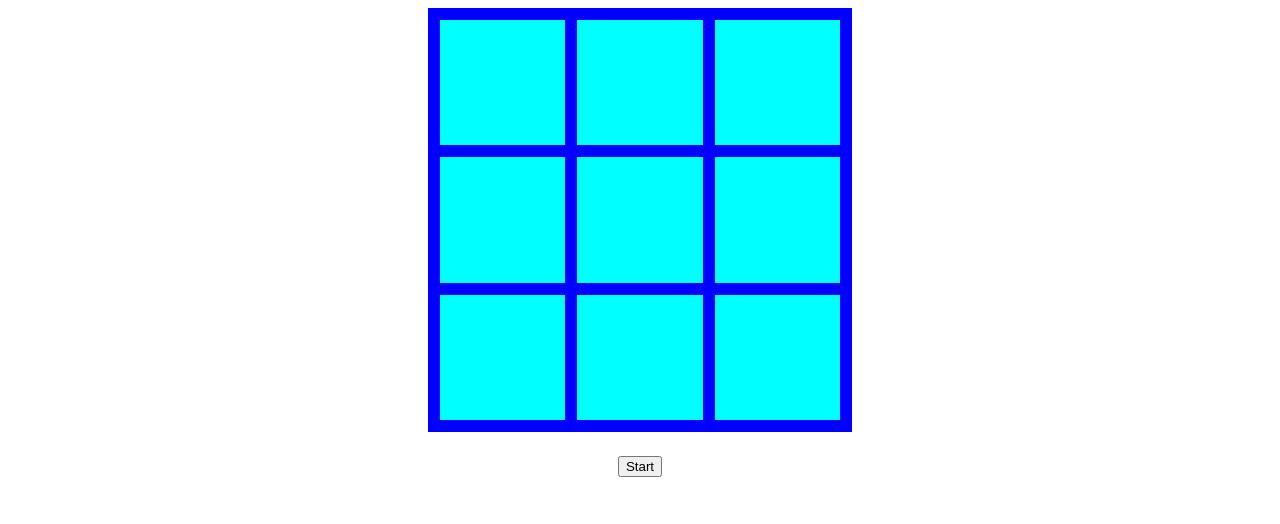
Repository: yeetzpxoci/tic-tac-toe
Page: index.html
An editor plug-in stored every save of this project. The page is shown before and after the next save, followed by the edit.
The browser window is 1280 px wide. The pictures show the whole page.

Above is the page before, as saved 2023-02-23 12:33:36.

### index.html
<!DOCTYPE html>
<html lang="en">
<head>
    <meta charset="UTF-8">
    <meta http-equiv="X-UA-Compatible" content="IE=edge">
    <meta name="viewport" content="width=device-width, initial-scale=1.0">
    <title>Tic Tac Toe</title>
    <link rel="stylesheet" type="text/css" href="styles.css" />
</head>
<body>
    <div class="board">
        <div class="square" data-index=0>
        </div>

        <div class="square" data-index=1>
        </div>

        <div class="square" data-index=2>
        </div>

        <div class="square" data-index=3>
        </div>

        <div class="square" data-index=4>
        </div>

        <div class="square" data-index=5>
        </div>

        <div class="square" data-index=6>
        </div>

        <div class="square" data-index=7>
        </div>

        <div class="square" data-index=8>
        </div>
    </div>

    <button id="start">Start</button>
<script src="script.js"></script>
</body>
</html>

### styles.css
body {
    display: flex;
    flex-direction: column;
    justify-content: center;
    align-items: center;
    min-width: 100vh;
    gap: 24px;
}

.board {
    height: 400px;
    width: 400px;
    background-color: blue;
    padding: 12px;
    gap: 12px;
    font-size: 96px;
    font-family: Arial, Helvetica, sans-serif;
    font-weight: bolder;
    display: grid;
    grid-template-columns: repeat(3, 1fr);
    grid-template-rows: repeat(3, 1fr);
    user-select: none;
}

.square {
    display: flex;
    justify-content: center;
    align-items: center;
    background-color: aqua;
}

### script.js
const squares = document.getElementsByClassName("square");

const gameBoard = (() => {
    let gameBoard = ["", "", "", "", "", "", "", "", ""];

    const winner = (x, y, z) => {
        if ((gameBoard[x] === gameBoard[y]) && ((gameBoard[y] === gameBoard[z]) && (gameBoard[z] === "X"))
            || (gameBoard[x] === gameBoard[y]) && ((gameBoard[y] === gameBoard[z]) && (gameBoard[z] === "O"))) {
            return true;
        } else {
            return false;
        }
    }

    const checkWinner = () => {
        return winner(0, 1, 2)  // check for 3-in-a-row horizontally
            || winner(3, 4, 5)
            || winner(6, 7, 8)
            || winner(0, 3, 6)  // check for 3-in-a-row vertically
            || winner(1, 4, 7)
            || winner(2, 5, 8)
            || winner(0, 4, 8)  // check for 3-in-a-row diagonally
            || winner(6, 4, 2)
    }

    return {
        gameBoard, winner, checkWinner
    };
})();

const players = (symbol) => {
    const play = (index) => gameBoard.gameBoard[index] = symbol;
    return {
        symbol, play
    };
};

const game = (() => {
    let turn = "X";

    const playRound = (e) => {
        players(turn).play(e.currentTarget.dataset.index);
        e.currentTarget.innerHTML = turn;
        renderBoard();
        if (turn === "X") {
            turn = "O";
        } else {
            turn = "X";
        }
        if (gameBoard.checkWinner()) {
            alert("Winner!");
            disableSquares();
        }
    }

    return {
        turn, playRound
    };
})();

function renderBoard() {
    for (let i = 0; i < gameBoard.gameBoard.length; i++) {
        squares[i].innerHTML = gameBoard.gameBoard[i];
    }
}

function resetBoard() {
    for (let i = 0; i < gameBoard.gameBoard.length; i++) {
        squares[i].innerHTML = "";
    }
}

function disableSquares() {
    for (let i = 0; i < squares.length; i++) {
        squares[i].removeEventListener("click", game.playRound);
    }
}

for (let i = 0; i < squares.length; i++) {
    squares[i].addEventListener("click", game.playRound, { once: true });
}

After the next save:
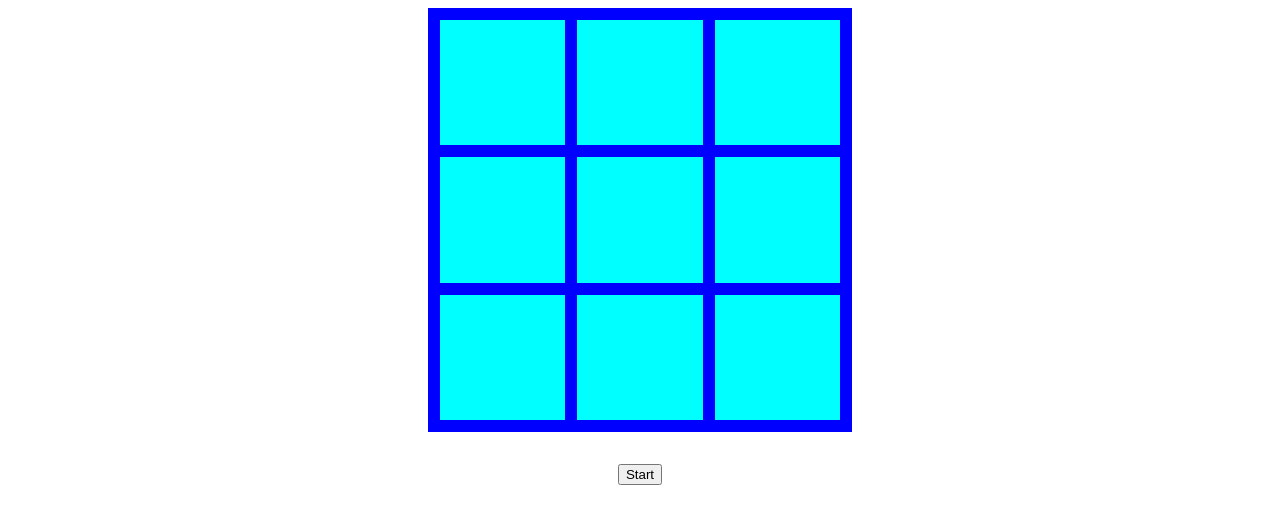
Saved 5 s later.
--- a/styles.css
+++ b/styles.css
@@ -4,7 +4,7 @@ body {
     justify-content: center;
     align-items: center;
     min-width: 100vh;
-    gap: 24px;
+    gap: 32px;
 }
 
 .board {
